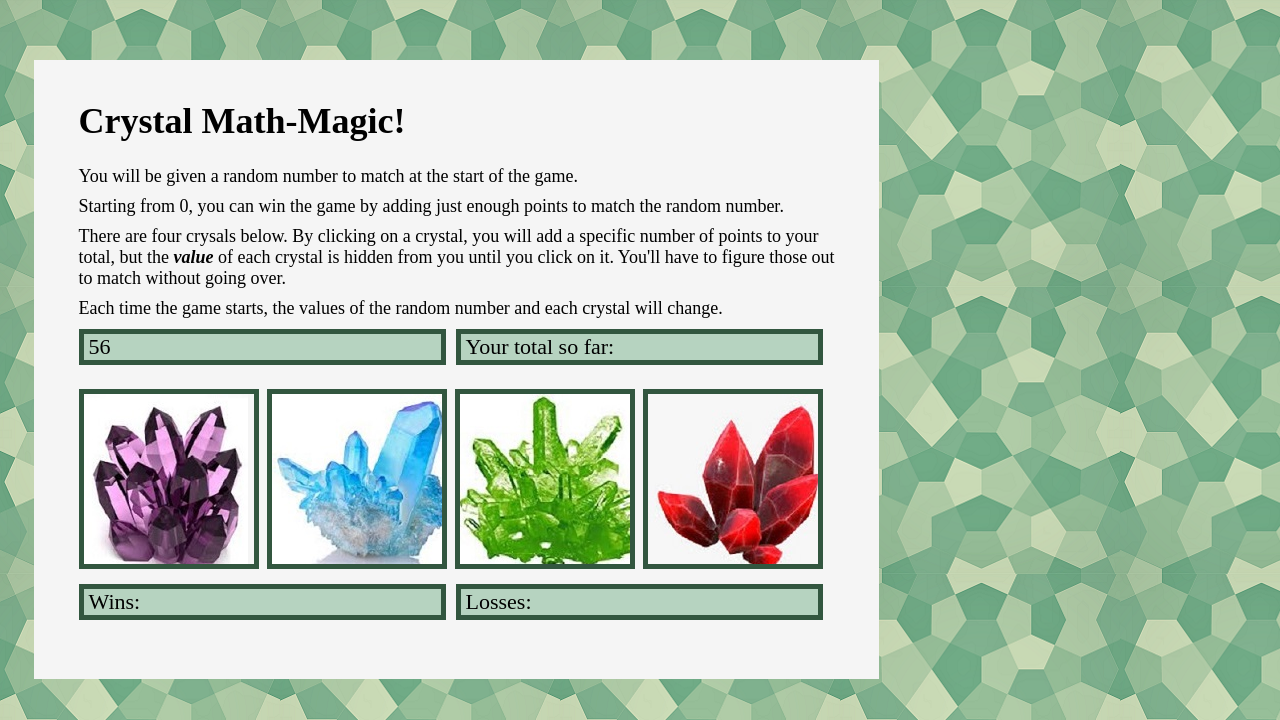
Repository: dsaftler/unit-4-game
Page: index.html
The author's editor kept a copy of each file at every save. The page is drawn from the files as they stood at one save, then again after the next save.
The browser window is 1280 px wide. The pictures show the whole page.
After loading, the first visible `#crystal_0` was clicked once.
Some web fonts or font styles are not loaded; a fallback is used.

Above is the page before, as saved 2019-04-02 04:00:12.

After the next save:
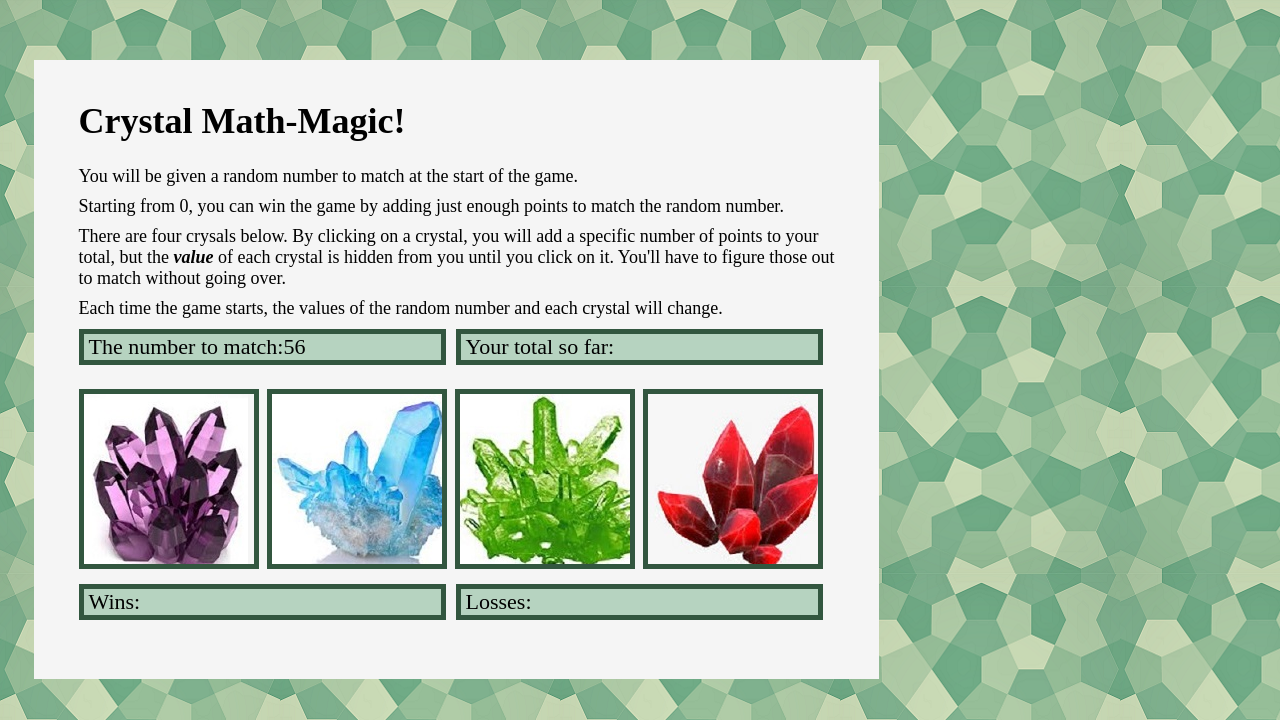
Saved 2 min 12 s later.
--- a/assets/javascript/game.js
+++ b/assets/javascript/game.js
@@ -64,7 +64,7 @@ function initGame(){
       totalPts=0;
       randomNumber = Math.floor(Math.random() * (120 - 19 + 1)) + 19;
       console.log(randomNumber);
-       $('#randomTarget').text(randomNumber)
+       $('#randomTarget').append(randomNumber)
 
   //for crystals 0-3
   // assign random number 1-12
